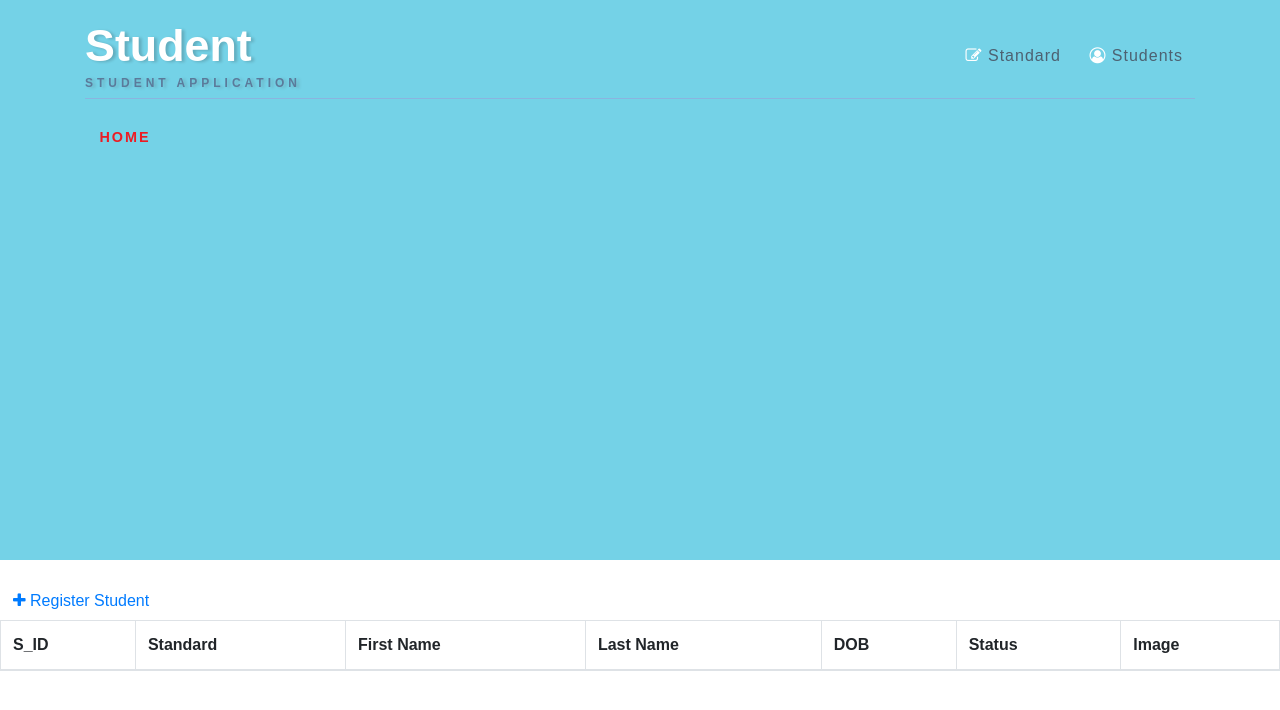
Repository: PallaviMadiya/Java-Framework-
Page: http://localhost/StudentApplication/student.jsp
These files come from the project's save history. The page is drawn as it stood at one moment and after the next save; the edit follows.
The browser window is 1280 px wide. The pictures show the whole page.
Some web fonts or font styles are not loaded; a fallback is used. The page is served by Tomcat 9. Queries for data that is not in the repository find no rows.

Above is the page before, as saved 2023-10-18 09:11:32.

After the next save:
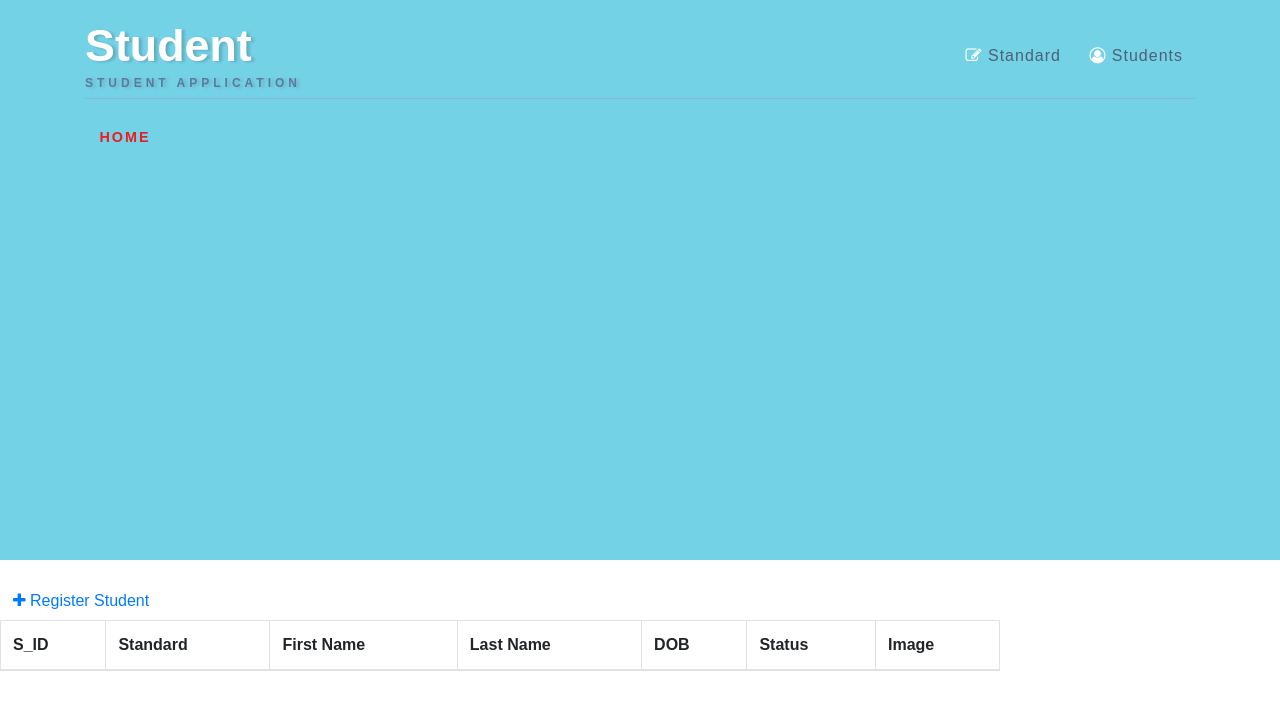
Saved 27 s later.
--- a/StudentApplication/src/main/webapp/student.jsp
+++ b/StudentApplication/src/main/webapp/student.jsp
@@ -19,7 +19,7 @@
     </div>
 	<%List<Student> list = StudentDao.getStudentList(); %>
 
-	<table class="table table-bordered" style="left-margin:50px;" >
+	<table class="table table-bordered" style="left-margin:50px; width:1000px;" >
   <thead>
     <tr>
       <th scope="col">S_ID</th>
